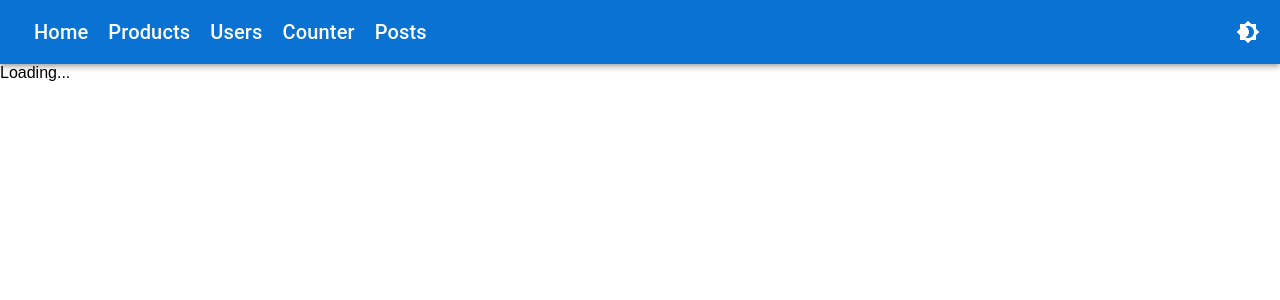
Repository: Vijay-Singh1/delente-assessment
Page: /todos
An editor plug-in stored every save of this project. The page is shown before and after the next save, followed by the edit.
The browser window is 1280 px wide. The pictures show the whole page.
The page's requests for data from a server got no answer. The project was rebuilt for these pictures with package versions that can differ from the ones it lists, and the page was loaded fresh each time. The framework's server and built-in components were replaced by stand-ins that run in the browser. No one was signed in, and anything a server would have sent is missing. Also part of the build but not shown: next.config.mjs.

Above is the page before, as saved 2024-10-09 19:45:41.

After the next save:
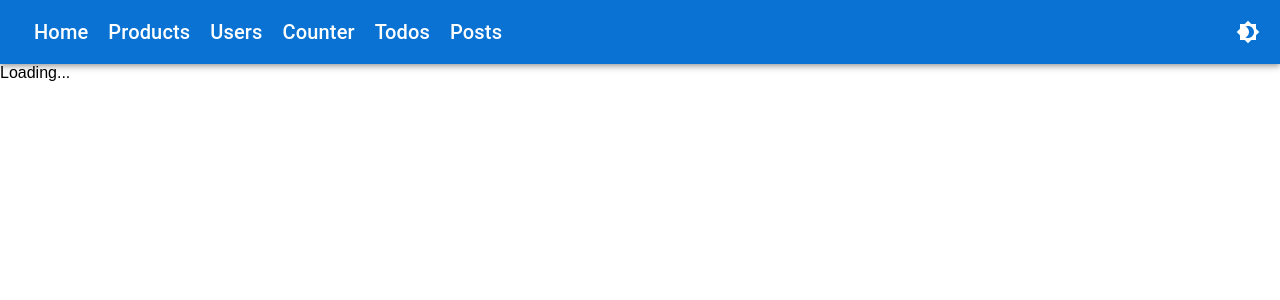
Saved 79 s later.
--- a/pages/navbar.js
+++ b/pages/navbar.js
@@ -15,6 +15,7 @@ export default function Navbar() {
                     <Link href="/products" style={{ margin: '0 10px', color: 'white', textDecoration: 'none' }}>Products</Link>
                     <Link href="/users" style={{ margin: '0 10px', color: 'white', textDecoration: 'none' }}>Users</Link>
                     <Link href="/counter" style={{ margin: '0 10px', color: 'white', textDecoration: 'none' }}>Counter</Link>
+                    <Link href="/todos" style={{ margin: '0 10px', color: 'white', textDecoration: 'none' }}>Todos</Link>
                     <Link href="/posts" style={{ margin: '0 10px', color: 'white', textDecoration: 'none' }}>Posts</Link>
                 </Typography>
                 <IconButton
